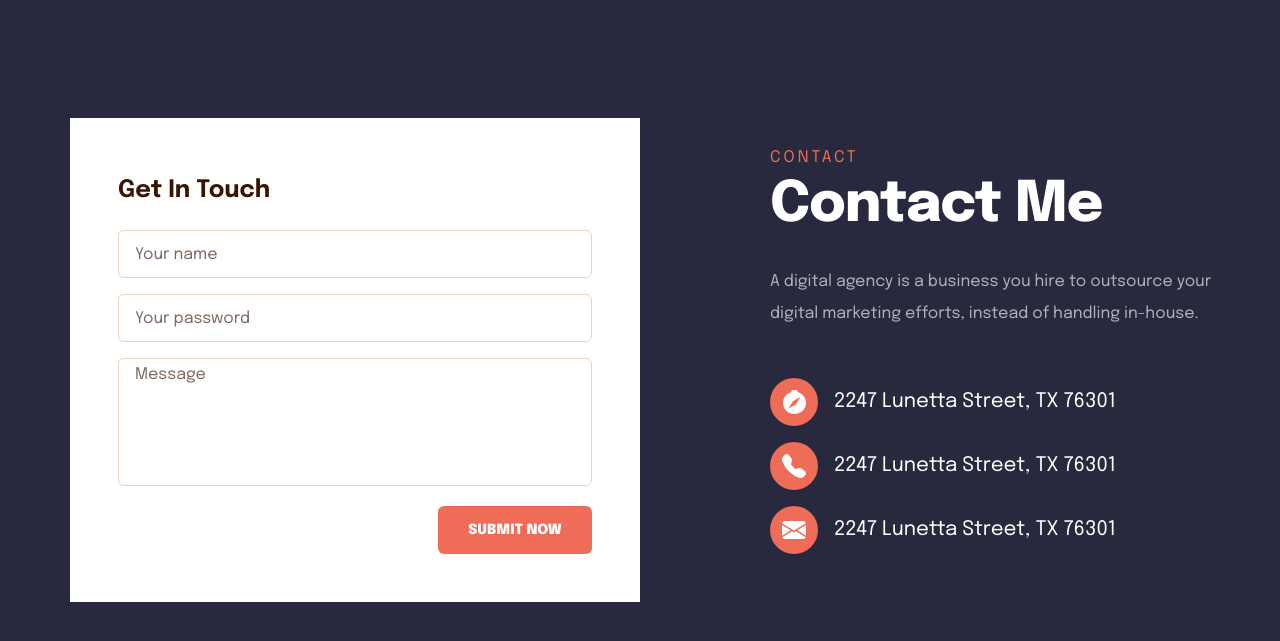
Repository: SabrinaSeydaliyeva/Task-17
Page: pages/contactPage/index.html
The author's editor kept a copy of each file at every save. The page is drawn from the files as they stood at one save, then again after the next save.
The browser window is 1280 px wide. The pictures show the whole page.
The style sheet was rebuilt from its Sass, Less or Tailwind sources for each picture, by a compiler version that may differ from the author's.

Above is the page before, as saved 2023-09-06 16:08:22.

After the next save:
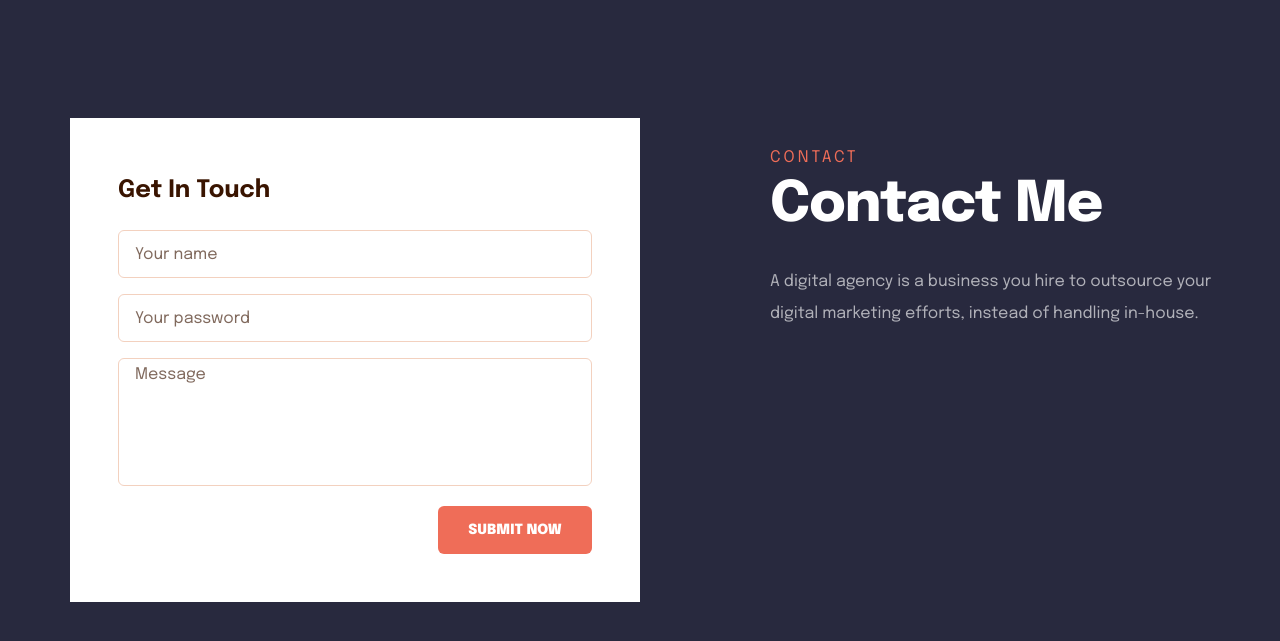
Saved 6 s later.
--- a/pages/contactPage/index.html
+++ b/pages/contactPage/index.html
@@ -42,63 +42,7 @@
         </p>
 
         <ul>
-          <li>
-            <div class="circle">
-              <svg
-                xmlns="http://www.w3.org/2000/svg"
-                width="23"
-                height="24"
-                viewBox="0 0 23 24"
-                fill="none"
-              >
-                <path
-                  fill-rule="evenodd"
-                  clip-rule="evenodd"
-                  d="M12.5128 23.9559C18.4476 23.4434 22.9991 18.5852 23 12.7619C22.9992 7.68681 19.5202 3.24133 14.5089 1.91219C14.6419 1.45966 14.5495 0.972375 14.2595 0.596433C13.9696 0.220491 13.5157 -0.000396111 13.034 0H9.9675C9.4858 -0.000396111 9.03192 0.220491 8.74193 0.596433C8.45195 0.972375 8.35958 1.45966 8.49253 1.91219C2.74205 3.43556 -0.865618 8.99957 0.179927 14.7325C1.22547 20.4654 6.57793 24.4683 12.5128 23.9559ZM17.4618 6.91176L17.465 6.90994L17.462 6.91144L17.4618 6.91176ZM17.4618 6.91176L9.87551 11.1479L5.53646 18.5674L13.126 14.3294L17.4618 6.91176Z"
-                  fill="white"
-                />
-              </svg>
-            </div>
-            <p>2247 Lunetta Street, TX 76301</p>
-          </li>
-          <li>
-            <div class="circle">
-              <svg
-                xmlns="http://www.w3.org/2000/svg"
-                width="24"
-                height="24"
-                viewBox="0 0 24 24"
-                fill="none"
-              >
-                <path
-                  fill-rule="evenodd"
-                  clip-rule="evenodd"
-                  d="M2.82812 0.765296C3.35902 0.235151 4.09188 -0.0416708 4.84066 0.0050961C5.58945 0.051863 6.28217 0.417722 6.743 1.00981L9.43541 4.46897C9.92889 5.10349 10.1029 5.93003 9.9079 6.71007L9.08742 9.99522C9.00114 10.3413 9.10245 10.7073 9.35441 10.9598L13.0398 14.6454C13.2925 14.8979 13.6592 14.9993 14.0058 14.9124L17.2892 14.0919C18.0691 13.8969 18.8953 14.0711 19.5301 14.5644L22.989 17.2555C24.2324 18.2231 24.3464 20.0607 23.2335 21.1722L21.6825 22.7233C20.5726 23.8333 18.9136 24.3209 17.3672 23.7763C13.4091 22.3836 9.81531 20.1174 6.85249 17.146C3.88152 14.1834 1.61557 10.5899 0.222699 6.63206C-0.320284 5.08699 0.167201 3.42642 1.27717 2.31637L2.82812 0.765296Z"
-                  fill="white"
-                />
-              </svg>
-            </div>
-            <p>2247 Lunetta Street, TX 76301</p>
-          </li>
-          <li>
-            <div class="circle">
-              <svg
-                xmlns="http://www.w3.org/2000/svg"
-                width="24"
-                height="18"
-                viewBox="0 0 24 18"
-                fill="none"
-              >
-                <path
-                  fill-rule="evenodd"
-                  clip-rule="evenodd"
-                  d="M3 0C1.60024 -9.42171e-05 0.386447 0.967828 0.075 2.3325L12 9.621L23.925 2.3325C23.6136 0.967828 22.3998 -9.42171e-05 21 0H3ZM0 14.7015V4.0455L8.7045 9.3645L0 14.7015ZM10.1415 10.245L0.2865 16.2855C0.78351 17.3335 1.84012 18.0011 3 18H21C22.1597 18.0003 23.2157 17.3321 23.712 16.284L13.857 10.2435L12 11.379L10.1415 10.2435V10.245ZM24 14.7015L15.2955 9.366V9.3645L24 4.0455V14.7015Z"
-                  fill="white"
-                />
-              </svg>
-            </div>
-            <p>2247 Lunetta Street, TX 76301</p>
-          </li>
+
         </ul>
       </div>
     </div>
